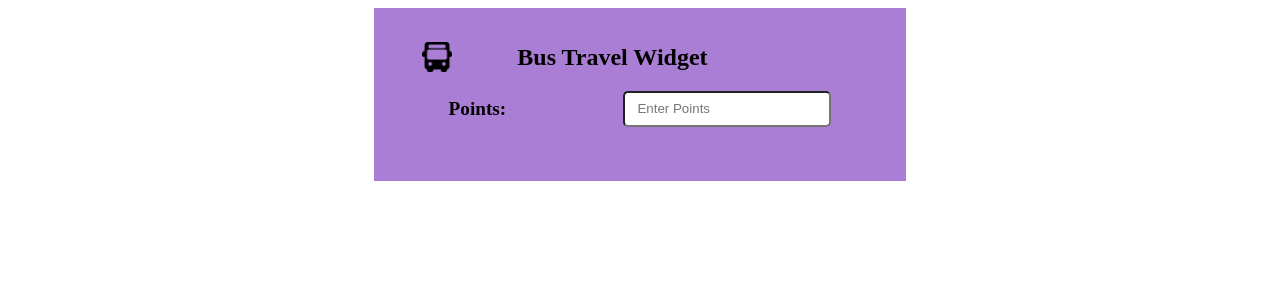
Repository: lasity34/bus_travel
Page: index.html
An editor plug-in stored every save of this project. The page is shown before and after the next save, followed by the edit.
The browser window is 1280 px wide. The pictures show the whole page.

Above is the page before, as saved 2023-05-31 10:12:37.

### index.html
<!DOCTYPE html>
<html lang="en">
<head>
    <meta charset="UTF-8">
    <meta http-equiv="X-UA-Compatible" content="IE=edge">
    <meta name="viewport" content="width=device-width, initial-scale=1.0">
    <link href="./style.css" rel="stylesheet" />
    <title>Bus travel</title>
</head>
<body>
    <div class="widget_container">


    <header>
        <img src="./images/bus.png" width="30" height="30"/>
        <h2>Bus Travel Widget</h2>
    </header>
    <div class="points_container">
        <label for="points">Points:</label>
        <input type="number" name="points" id="points" placeholder="Enter Points">
    </div>
    <div class="start_location_container">

    </div>
    <script src="./bus_travel_factory.js"></script>
    <script src="./bus_travel.js"></script>
</div>
</body>
</html>

### style.css


.widget_container {
   margin: 0 auto;
   display: flex;
   flex-direction: column;
   justify-content: center;
    background-color: rgb(171, 126, 213);
    width: 70%;
    max-width: 500px;
    font-weight: bold;
    padding: 1em;
}

header {
    display: flex;
    align-items: center;
    justify-content: space-around;
    width: 70%;
}

.points_container  {
    display: flex;
    width: 100%;
    justify-content: space-around;
    align-items: center;
}

.points_container label {
    font-size: 1.2rem;
}

.points_container input {
    border-radius: 5px;
    height: 30px;
    text-indent: 10px;
    width: 40%;
}

input[type='number']::-webkit-inner-spin-button,
input[type='number']::-webkit-outer-spin-button {
    -webkit-appearance: none;
    margin: 0;
}

input[type='number'] {
    -moz-appearance: textfield;
}

.start_location_container {
    padding: 1em 0;
    display: flex;
    margin: 0 auto;
    justify-content: space-between;
    width: 78%;
    font-size: 1.2rem;
    max-width: 500px;
}

select {
    background-color: white;
    width: 54%;
    height: 35px;
    border-radius: 5px;
    color: rgb(111, 108, 108);
}

option {
    font-weight: lighter;

}

### bus_travel_factory.js



function bus_travel_factory() {

    let points = 0

    function points_input(input) {
        points = input
    }


    function points_value() {
        return points
    }


    return {
        points_input,
        points_value
    }
}

Loaded but not shown: bus_travel.js (no copy from this time; the picture is the same without it)

After the next save:
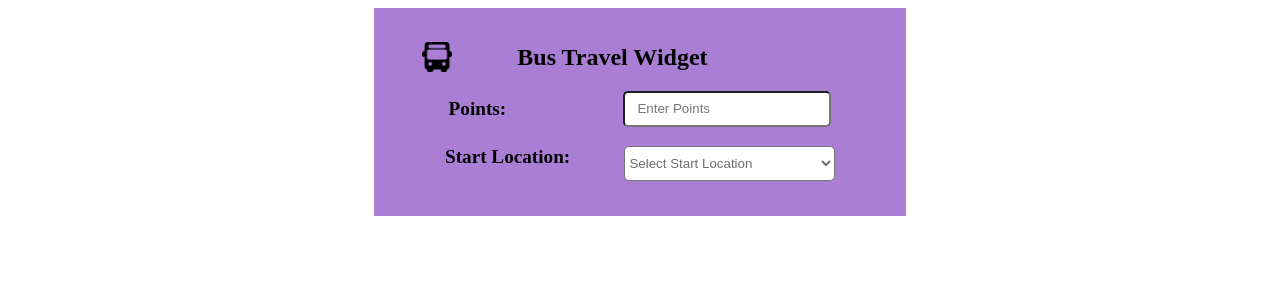
Saved 2 min 38 s later.
--- a/index.html
+++ b/index.html
@@ -20,6 +20,13 @@
         <input type="number" name="points" id="points" placeholder="Enter Points">
     </div>
     <div class="start_location_container">
+        <label for="dropdown">Start Location:</label>
+        <select id="dropdown" name="dropdown">
+          <option value="select_location">Select Start Location</option>
+          <option value="atlantis">Atlantis</option>
+          <option value="pinelands">Pinelands</option>
+          <option value="milnerton">Milnerton</option>
+        </select>
 
     </div>
     <script src="./bus_travel_factory.js"></script>
